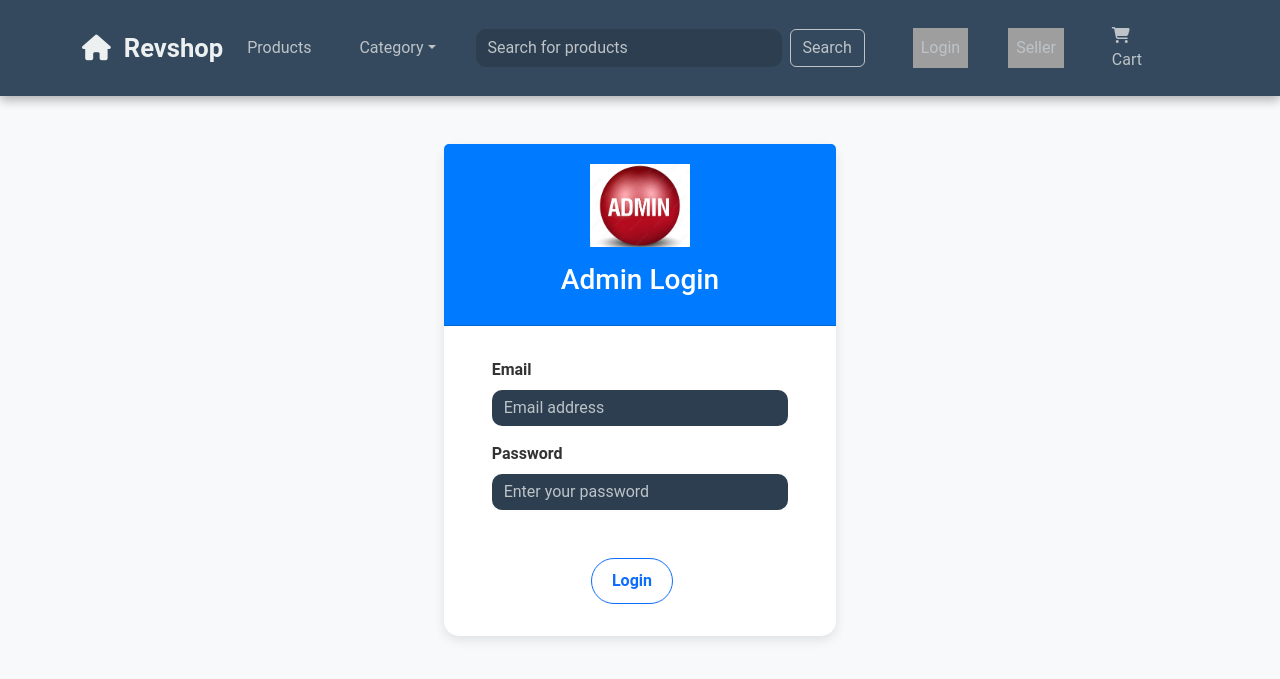
Repository: pratikp99/E-Commerce-Webapp-
Page: http://localhost/Revshop_WebApp/adminlogin.jsp
These files come from the project's save history. The page is drawn as it stood at one moment and after the next save; the edit follows.
The browser window is 1280 px wide. The pictures show the whole page.
Pictures or frames that could not be fetched are drawn as grey boxes. The page is served by Tomcat 10. Other server files are loaded and not shown. Queries for data that is not in the repository find no rows.

Above is the page before, as saved 2024-08-31 15:33:09.

### Revshop WebApp/src/main/webapp/adminlogin.jsp
<%@ page language="java" contentType="text/html; charset=ISO-8859-1" pageEncoding="ISO-8859-1"%>
<!DOCTYPE html>
<html lang="en">
<head>
    <meta charset="ISO-8859-1">
    <meta name="viewport" content="width=device-width, initial-scale=1, shrink-to-fit=no">
    <title>Admin Login</title>
    <%@include file="Components/common_css_js.jsp"%>
    <link rel="stylesheet" href="CSS/styles2.css">
</head>
<body>
    <!--navbar -->
    <%@include file="Components/navbar.jsp"%>

    <div class="container-fluid">
        <div class="row mt-5">
            <div class="col-md-4 offset-md-4">
                <div class="card">
                    <div class="card-header px-5 text-center">
                        <img src="Images/admin.png" style="max-width: 100px;" class="img-fluid">
                        <h3 class="text-center mt-3">Admin Login</h3>
                        <%@include file="Components/alert_message.jsp"%>
                    </div>
                    <div class="card-body px-5">
                        <!--login-form-->
                        <form id="login-form" action="login" method="post">
                            <input type="hidden" name="login" value="admin">

                            <div class="mb-3">
                                <label class="form-label">Email</label>
                                <input type="email" name="email" placeholder="Email address" class="form-control" required>
                            </div>
                            <div class="mb-2">
                                <label class="form-label">Password</label>
                                <input type="password" name="password" placeholder="Enter your password" class="form-control" required>
                            </div>

                            <div id="login-btn" class="container text-center mt-5">
                                <button type="submit" class="btn btn-outline-primary me-3">Login</button>
                            </div>
                        </form>
                    </div>
                </div>
            </div>
        </div>
    </div>
</body>
</html>

### Revshop WebApp/src/main/webapp/Components/common_css_js.jsp
<!--CSS-->
<link href="https://cdn.jsdelivr.net/npm/bootstrap@5.3.0/dist/css/bootstrap.min.css" rel="stylesheet" integrity="sha384-9ndCyUaIbzAi2FUVXJi0CjmCapSmO7SnpJef0486qhLnuZ2cdeRhO02iuK6FUUVM" crossorigin="anonymous">
<!--font awesome-->
<!--<link rel="stylesheet" href="https://cdnjs.cloudflare.com/ajax/libs/font-awesome/4.7.0/css/font-awesome.min.css">
-->
<link rel="stylesheet" href="https://cdnjs.cloudflare.com/ajax/libs/font-awesome/6.4.0/css/all.min.css">
<link rel="stylesheet" href="CSS/style.css"/>


<!--JavaScript-->
<script src="https://cdn.jsdelivr.net/npm/bootstrap@5.3.0/dist/js/bootstrap.bundle.min.js" integrity="sha384-geWF76RCwLtnZ8qwWowPQNguL3RmwHVBC9FhGdlKrxdiJJigb/j/68SIy3Te4Bkz" crossorigin="anonymous"></script>
<script src="JS/script.js"></script>

<!--jQuery-->
<script src="https://code.jquery.com/jquery-3.7.0.min.js" integrity="sha256-2Pmvv0kuTBOenSvLm6bvfBSSHrUJ+3A7x6P5Ebd07/g=" crossorigin="anonymous"></script>
<!--sweet alert-->
<script src="https://unpkg.com/sweetalert/dist/sweetalert.min.js"></script>
<script src="https://cdn.jsdelivr.net/npm/sweetalert2@11"></script>

### Revshop WebApp/src/main/webapp/Components/navbar.jsp
<%@page import="com.revature.ecom.DAO.categoryDAO"%>
<%@page import="com.revature.ecom.Models.adminModel"%>
<%@page import="com.revature.ecom.Models.cartModel"%>
<%@page import="com.revature.ecom.DAO.cartDAO"%>
<%@page import="com.revature.ecom.Models.userModel"%>
<%@page import="java.util.List"%>
<%@page import="com.revature.ecom.Models.categoryModel"%>
<%@page import="com.revature.ecom.Utils.DatabaseUtil"%>
<%@page import="com.revature.ecom.DAO.categoryDAO"%>
<%
userModel user = (userModel) session.getAttribute("activeUser");
adminModel admin = (adminModel) session.getAttribute("activeAdmin");

categoryDAO catDao = new categoryDAO(DatabaseUtil.getConnection());
List<categoryModel> categoryList = catDao.getAllCategories();
%>

<style>
/* General navbar styling */
.navbar {
    background-color: #34495e;
    padding: 1rem;
    box-shadow: 0px 4px 10px rgba(0, 0, 0, 0.3);
}

.navbar-brand {
    font-size: 1.6rem;
    font-weight: bold;
    color: #ecf0f1 !important;
}

.nav-link {
    color: #bdc3c7 !important;
    margin-right: 1rem;
    transition: color 0.3s, background-color 0.3s;
}

.nav-link:hover {
    color: #ecf0f1 !important;
    background-color: rgba(255, 255, 255, 0.1);
}

.navbar-toggler {
    border-color: #ecf0f1;
}

.navbar-toggler-icon {
    background-image: url("data:[embedded picture, 217 characters]");
}

.dropdown-menu {
    background-color: #2c3e50 !important;
    border: none;
}

.dropdown-item {
    color: #bdc3c7 !important;
    transition: background-color 0.3s, color 0.3s;
}

.dropdown-item:hover {
    background-color: #34495e !important;
    color: #ecf0f1 !important;
}

.badge {
    font-size: 0.75rem;
    background-color: #e74c3c;
}

/* Button styling */
.btn-outline-light {
    color: #bdc3c7;
    border-color: #bdc3c7;
    transition: color 0.3s, border-color 0.3s;
}

.btn-outline-light:hover {
    color: #ecf0f1;
    border-color: #ecf0f1;
}

/* Flexbox alignment */
.navbar-nav {
    display: flex;
    align-items: center;
}

.navbar-nav .nav-item {
    margin-right: 1rem;
}

.form-control {
    background-color: #2c3e50 !important;
    border: none;
    color: #ecf0f1;
    margin-right: 0.5rem;
}

.form-control::placeholder {
    color: #bdc3c7;
}

.form-control:focus {
    box-shadow: none;
    border-color: #ecf0f1;
}

@media (max-width: 992px) {
    .navbar-collapse {
        flex-direction: column;
    }

    .navbar-nav {
        flex-direction: column;
        width: 100%;
    }

    .navbar-nav .nav-item {
        margin-right: 0;
        margin-bottom: 1rem;
    }

    .form-control {
        margin-bottom: 1rem;
        width: 100%;
    }
}

/* Specific logo styles */
.navbar-nav .register-link {
    background-image: url('path/to/register-icon.png');
    background-repeat: no-repeat;
    background-position: left center;
    padding-left: 30px; /* Adjust based on the size of the icon */
}

.navbar-nav .buyer-link {
    background-image: url('path/to/buyer-icon.png');
    background-repeat: no-repeat;
    background-position: left center;
    padding-left: 30px; /* Adjust based on the size of the icon */
}

.navbar-nav .seller-link {
    background-image: url('path/to/seller-icon.png');
    background-repeat: no-repeat;
    background-position: left center;
    padding-left: 30px; /* Adjust based on the size of the icon */
}
</style>

<nav class="navbar navbar-expand-lg navbar-dark">
    <div class="container">
        <a class="navbar-brand" href="index.jsp"><i class="fa-sharp fa-solid fa-house"></i>&ensp;Revshop</a>
        <button class="navbar-toggler" type="button" data-bs-toggle="collapse" data-bs-target="#navbarSupportedContent"
            aria-controls="navbarSupportedContent" aria-expanded="false" aria-label="Toggle navigation">
            <span class="navbar-toggler-icon"></span>
        </button>
        <div class="collapse navbar-collapse" id="navbarSupportedContent">
            <% if (admin != null) { %>
            <!-- Admin nav bar -->
            <ul class="navbar-nav me-auto mb-2 mb-lg-0">
                <li class="nav-item"><button type="button" class="btn nav-link" data-bs-toggle="modal"
                        data-bs-target="#add-category"><i class="fa-solid fa-plus fa-xs"></i>Add Category</button></li>
                <li class="nav-item"><button type="button" class="btn nav-link" data-bs-toggle="modal"
                        data-bs-target="#add-product"><i class="fa-solid fa-plus fa-xs"></i>Add Product</button></li>
            </ul>
            <ul class="navbar-nav ms-auto">
                <li class="nav-item"><a class="nav-link" href="admin.jsp"><%=admin.getName()%></a></li>
                <li class="nav-item"><a class="nav-link" href="logout?user=admin"><i class="fa-solid fa-user-slash fa-sm"></i>&nbsp;Logout</a></li>
            </ul>
            <% } else { %>
            <!-- General nav bar -->
            <ul class="navbar-nav me-auto mb-2 mb-lg-0">
                <li class="nav-item"><a class="nav-link" href="products.jsp" role="button" aria-expanded="false">Products</a></li>
                <li class="nav-item dropdown">
                    <a class="nav-link dropdown-toggle" href="#" role="button" data-bs-toggle="dropdown" aria-expanded="false">Category</a>
                    <ul class="dropdown-menu">
                        <li><a class="dropdown-item" href="products.jsp?category=0">All Products</a></li>
                        <% for (categoryModel c : categoryList) { %>
                        <li><a class="dropdown-item" href="products.jsp?category=<%=c.getCategoryId()%>"><%=c.getCategoryName()%></a></li>
                        <% } %>
                    </ul>
                </li>
            </ul>
            <form class="d-flex pe-5" role="search" action="products.jsp" method="get">
                <input name="search" class="form-control me-2" size="50" type="search" placeholder="Search for products" aria-label="Search">
                <button class="btn btn-outline-light" type="submit">Search</button>
            </form>

            <% if (user != null) {
                cartDAO cartDao = new cartDAO(DatabaseUtil.getConnection());
                int cartCount = cartDao.getCartCountByUserId(user.getUserId());
            %>
            <ul class="navbar-nav ms-auto">
                <li class="nav-item pe-3"><a class="nav-link position-relative" href="cart.jsp"><i class="fa-solid fa-cart-shopping"></i> Cart<span class="position-absolute top-0 start-100 translate-middle badge rounded-pill bg-danger"><%=cartCount%></span></a></li>
                <li class="nav-item pe-3"><a class="nav-link" href="profile.jsp"><%=user.getUserName()%></a></li>
                <li class="nav-item pe-3"><a class="nav-link" href="logout?user=user"><i class="fa-solid fa-user-slash"></i> Logout</a></li>
            </ul>
            <% } else { %>
            <ul class="navbar-nav ms-auto">
                <li class="nav-item pe-2"><a class="nav-link buyer-link" href="login.jsp">Login</a></li>
                <li class="nav-item pe-2"><a class="nav-link seller-link" href="adminlogin.jsp">Seller</a></li>
                <li class="nav-item pe-3"><a class="nav-link position-relative" href="cart.jsp"><i class="fa-solid fa-cart-shopping"></i> Cart<span class="position-absolute top-0 start-100 translate-middle badge rounded-pill bg-danger"></span></a></li>
            </ul>
            <% } %>
            <% } %>
        </div>
    </div>
</nav>

### Revshop WebApp/src/main/webapp/Components/alert_message.jsp
<%@page import="com.revature.ecom.Models.messageModel"%>
<%
messageModel messg = (messageModel) session.getAttribute("message");
if (messg != null) {
%>
<div class="alert <%=messg.getCssClass()%>" role="alert" id="alert">
	<%=messg.getMessage()%>
</div>
<%
session.removeAttribute("message");
}
%>
<script type="text/javascript">
	setTimeout(function() {
		$('#alert').alert('close');
	}, 3000);
</script>

### Revshop WebApp/src/main/java/com/revature/ecom/DAO/categoryDAO.java
package com.revature.ecom.DAO;
import com.revature.ecom.Models.categoryModel;

import java.sql.Connection;
import java.sql.PreparedStatement;
import java.sql.ResultSet;
import java.sql.SQLException;
import java.sql.Statement;
import java.util.ArrayList;
import java.util.List;

public class categoryDAO {
	private Connection con;

	public categoryDAO(Connection con) {
		super();
		this.con = con;
	}

	public boolean saveCategory(categoryModel category) {
		boolean flag = false;

		try {
			String query = "insert into category(name, image) values(?, ?)";
			PreparedStatement psmt = this.con.prepareStatement(query);
			psmt.setString(1, category.getCategoryName());
			psmt.setString(2, category.getCategoryImage());

			psmt.executeUpdate();
			flag = true;

		} catch (SQLException e) {
			e.printStackTrace();
		}
		return flag;
	}

	public List<categoryModel> getAllCategories() {

		List<categoryModel> list = new ArrayList<>();
		try {

			String query = "select * from category";
			Statement statement = this.con.createStatement();

			ResultSet rs = statement.executeQuery(query);
			while (rs.next()) {
				categoryModel category = new categoryModel();
				category.setCategoryId(rs.getInt("cid"));
				category.setCategoryName(rs.getString("name"));
				category.setCategoryImage(rs.getString("image"));

				list.add(category);
			}
		} catch (Exception e) {
			e.printStackTrace();
		}

		return list;
	}
	public categoryModel getCategoryById(int cid) {
		categoryModel category = new categoryModel();
		try {
			String query = "select * from category where cid = ?";
			PreparedStatement psmt = this.con.prepareStatement(query);
			psmt.setInt(1, cid);
			ResultSet rs = psmt.executeQuery();
			while (rs.next()) {
				category.setCategoryId(rs.getInt("cid"));
				category.setCategoryName(rs.getString("name"));
				category.setCategoryImage(rs.getString("image"));
			}
		} catch (Exception e) {
			e.printStackTrace();
		}
		return category;
	}
	public String getCategoryName(int catId) {
		String category = "";
		try {
			String query = "select * from category where cid = ?";
			PreparedStatement psmt = this.con.prepareStatement(query);
			psmt.setInt(1, catId);
			ResultSet rs = psmt.executeQuery();
			while (rs.next()) {
				category = rs.getString("name");
			}

		} catch (Exception e) {
			e.printStackTrace();
		}
		return category;
	}

	public void updateCategory(categoryModel cat) {
		try {
			String query = "update category set name=?, image=? where cid=?";
			PreparedStatement psmt = this.con.prepareStatement(query);
			psmt.setString(1, cat.getCategoryName());
			psmt.setString(2, cat.getCategoryImage());
			psmt.setInt(3, cat.getCategoryId());

			psmt.executeUpdate();
		} catch (Exception e) {
			e.printStackTrace();
		}
	}

	public void deleteCategory(int cid) {
		try {
			String query = "delete from category where cid = ?";
			PreparedStatement psmt = this.con.prepareStatement(query);
			psmt.setInt(1, cid);

			psmt.executeUpdate();

		} catch (Exception e) {
			e.printStackTrace();
		}
	}
	public int categoryCount() {
		int count = 0;
		try {
			String query = "select count(*) from category";
			Statement stmt = con.createStatement();
			ResultSet rs = stmt.executeQuery(query);
			rs.next();
			count = rs.getInt(1);
		} catch (Exception e) {
			e.printStackTrace();
		}
		return count;
	}
}

### Revshop WebApp/src/main/java/com/revature/ecom/Utils/DatabaseUtil.java
package com.revature.ecom.Utils;

import java.io.IOException;
import java.io.InputStream;
import java.sql.Connection;
import java.sql.DriverManager;
import java.sql.SQLException;
import java.util.Properties;

public class DatabaseUtil {
    private static Connection conn;

    public static Connection getConnection() throws ClassNotFoundException {
        if (conn == null) {
            try {
                Properties props = new Properties();
                InputStream inputStream = DatabaseUtil.class.getClassLoader().getResourceAsStream("utils.properties");
                props.load(inputStream);

                String url = props.getProperty("db.url");
                String username = props.getProperty("db.username");
                String password = props.getProperty("db.password");

                try {
                    Class.forName("com.mysql.cj.jdbc.Driver");
                } catch (ClassNotFoundException e) {
                    throw new RuntimeException("Error loading MySQL JDBC driver", e);
                }

                conn = DriverManager.getConnection(url, username, password);
            } catch (IOException | SQLException e) {
                throw new RuntimeException("Error establishing database connection", e);
            }
        }
        return conn;
    }
}

### Revshop WebApp/src/main/webapp/CSS/style.css
/* General Body and Typography */
body {
    font-family: 'Segoe UI', Arial,Tahoma, Geneva, Verdana, sans-serif;
    color: #343a40;
    margin: 0;
    padding: 0;

}

/* Container */
.container-fluid {
    max-width: 100%;
    padding-left: 15px;
    padding-right: 15px;
    margin: 0 auto;
}

/* Row */
.row {
    margin-left: 0;
    margin-right: 0;
}

/* Columns */
.col {
    padding-left: 0;
    padding-right: 0;
}

/* Product Card */
.product-card {
    border: none;
    border-radius: 10px;
    background-color: #fff;
    transition: transform 0.3s, box-shadow 0.3s;
}

.product-card:hover {
    transform: translateY(-5px);
    box-shadow: 0 8px 20px rgba(0, 0, 0, 0.15);
}

/* Product Image */
.product-image {
    border-radius: 10px 10px 0 0;
    object-fit: cover;
    width: 100%;
    height: 250px;
}

/* Wishlist Icon */
.wishlist-icon {
    position: absolute;
    top: 15px;
    right: 15px;
    width: 40px;
    height: 40px;
    border-radius: 50%;
    background-color: rgba(255, 255, 255, 0.9);
    display: flex;
    align-items: center;
    justify-content: center;
    box-shadow: 0 2px 8px rgba(0, 0, 0, 0.1);
    cursor: pointer;
}

/* Product Text */
.card-title {
    font-size: 1.2rem;
    font-weight: bold;
    color: #333;
    margin-bottom: 10px;
}

.real-price {
    font-size: 1.5rem;
    font-weight: 700;
    color: #e73570;
}

.product-price {
    font-size: 1.1rem;
    text-decoration: line-through;
    color: #6c757d;
}

.product-discount {
    font-size: 1rem;
    color: #28a745;
    font-weight: 600;
}

.product-description {
    font-size: 0.9rem;
    color: #555;
}

/* Buttons */
.btn-primary {
    background-color: #ff4081;
    border-color: #ff4081;
    transition: background-color 0.3s ease;
}

.btn-primary:hover {
    background-color: #e73570;
    border-color: #e73570;
}

.btn-block {
    display: block;
    width: 100%;
}

/* Utility classes */
.m-0 {
    margin: 0 !important;
}

.p-0 {
    padding: 0 !important;
}

/* Additional Styles for Improved Layout */
.bg-light {
    background-color: #f8f9fa;
}

### Revshop WebApp/src/main/webapp/CSS/styles2.css
body {
    background: #f8f9fa;
    font-family: 'Roboto', sans-serif;
}

.card {
    border: none;
    border-radius: 15px;
    box-shadow: 0px 4px 12px rgba(0, 0, 0, 0.1);
}

.card-header {
    background-color: #007bff;
    color: #fff;
    border-top-left-radius: 15px;
    border-top-right-radius: 15px;
    padding: 20px 0;
}

.card-header h3 {
    margin-top: 15px;
}

.card-body {
    padding: 2rem;
}

.form-label {
    font-weight: bold;
    color: #333;
}

.form-control {
    border-radius: 10px;
}

.btn-outline-primary {
    border-radius: 25px;
    padding: 10px 20px;
    font-weight: bold;
}

.btn-outline-primary:hover {
    background-color: #007bff;
    color: #fff;
}

Loaded but not shown: Revshop WebApp/src/main/webapp/JS/script.js (common file)

After the next save:
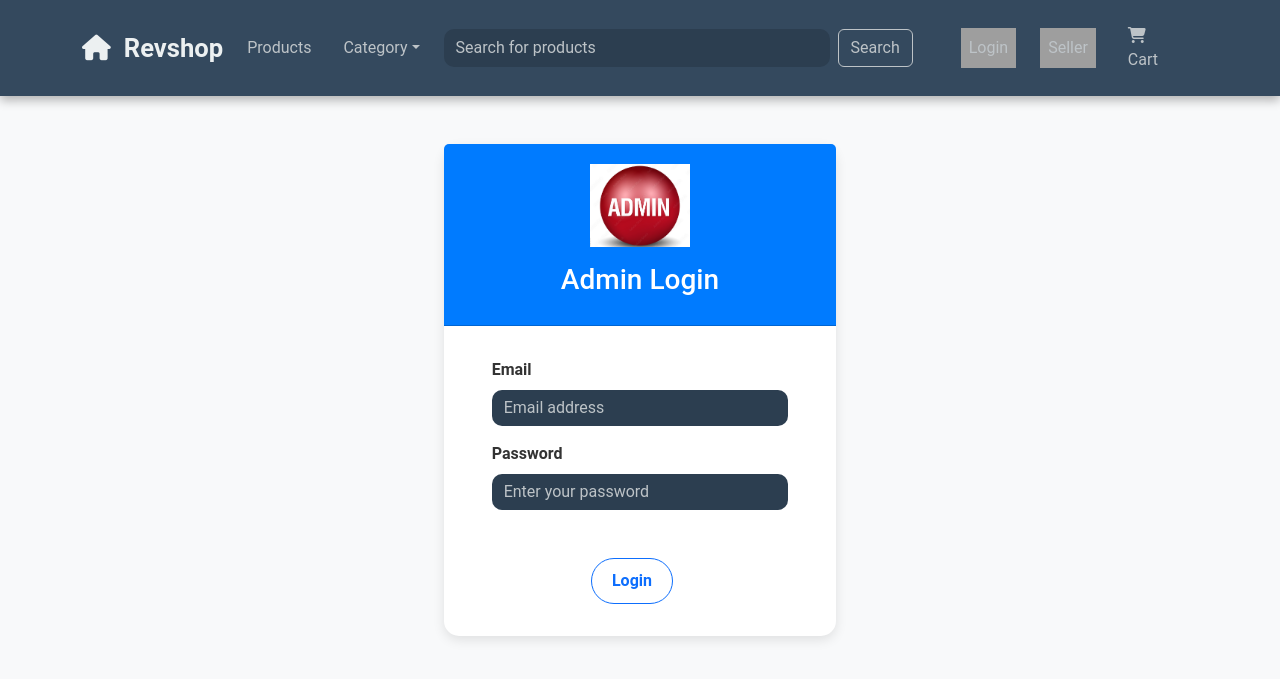
Saved 3 min 54 s later.
--- a/Revshop WebApp/src/main/webapp/Components/navbar.jsp
+++ b/Revshop WebApp/src/main/webapp/Components/navbar.jsp
@@ -87,7 +87,7 @@ List<categoryModel> categoryList = catDao.getAllCategories();
 }
 
 .navbar-nav .nav-item {
-    margin-right: 1rem;
+    margin-right: 0rem;
 }
 
 .form-control {
